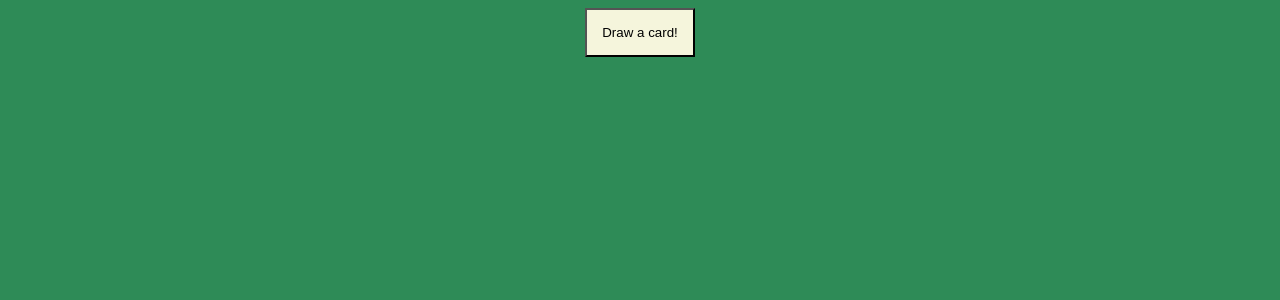
Repository: rmdayberry/JavaScript-Promises-Asychronous-Code
Page: Deck_of_Cards/Async-Await/deck_cards.html
These files come from the project's save history. The page is drawn as it stood at one moment and after the next save; the edit follows.
The browser window is 1280 px wide. The pictures show the whole page.
The page's requests for data from a server got no answer.

Above is the page before, as saved 2024-07-01 17:03:09.
Console error (its wording comes from the project's code and is left out).

After the next save:
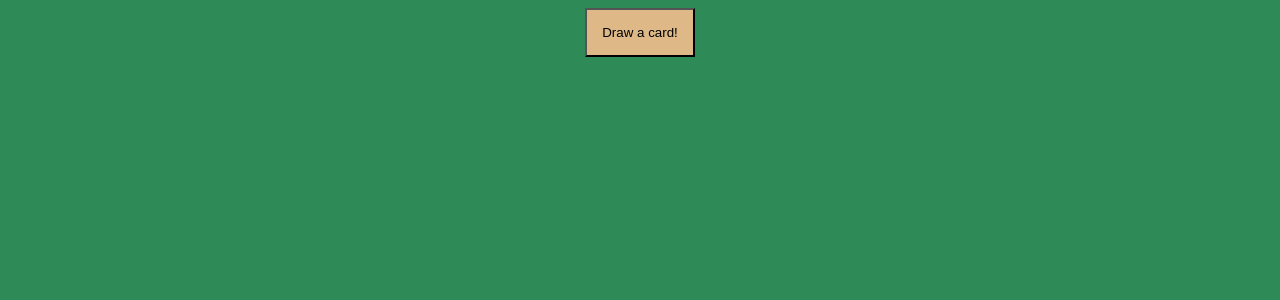
Saved 16 s later.
--- a/Deck_of_Cards/Async-Await/deck_cards.css
+++ b/Deck_of_Cards/Async-Await/deck_cards.css
@@ -5,5 +5,5 @@ body {
 
 button {
   padding: 15px;
-  background-color: beige;
+  background-color: burlywood;
 }
